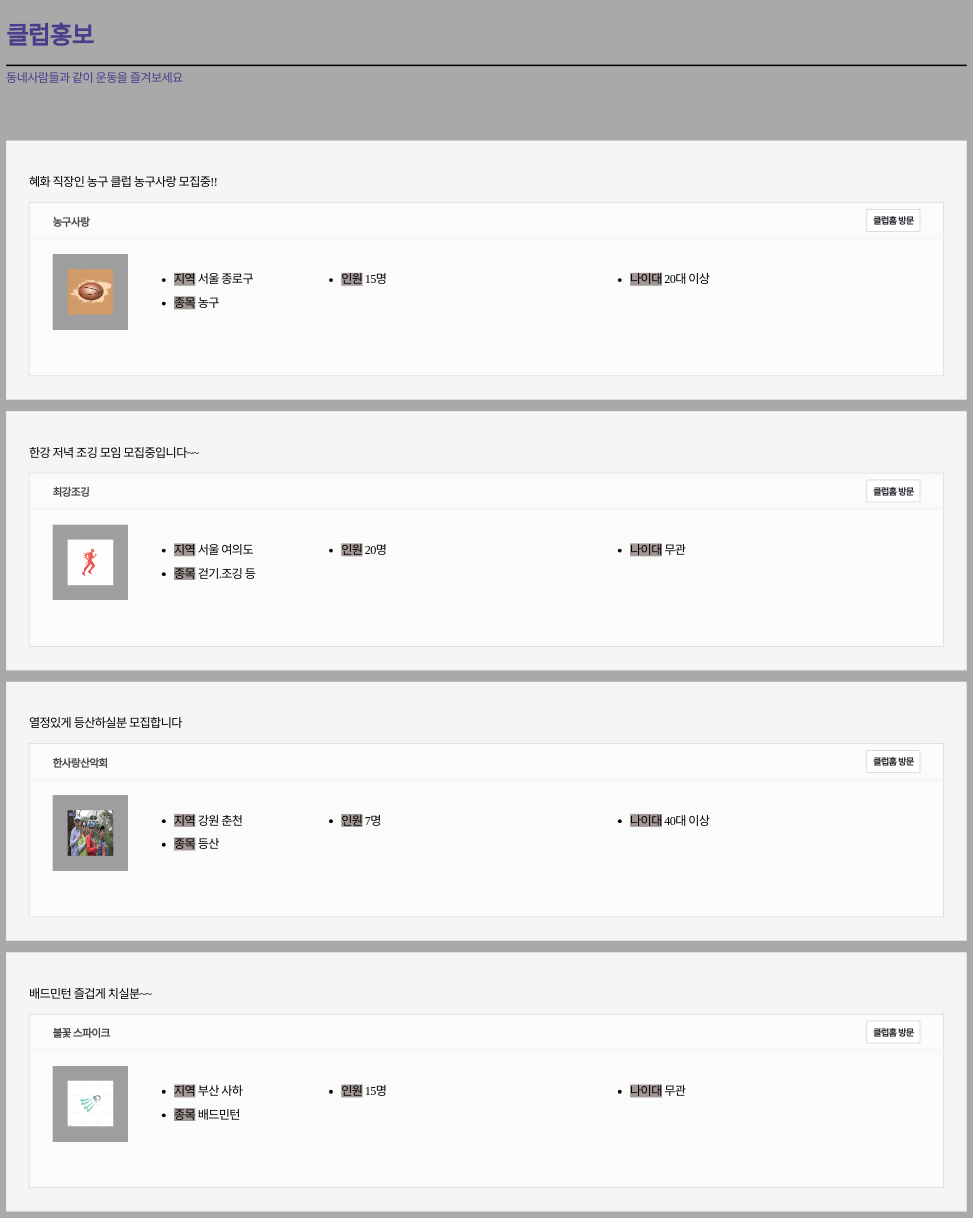
Repository: jaemin333/study
Page: club.html
These files come from the project's save history. The page is drawn as it stood at one moment and after the next save; the edit follows.
The browser window is 1280 px wide. The pictures show the whole page, at 76% of full size.
Pictures or frames that could not be fetched are drawn as grey boxes.

Above is the page before, as saved 2021-07-03 00:07:03.

After the next save:
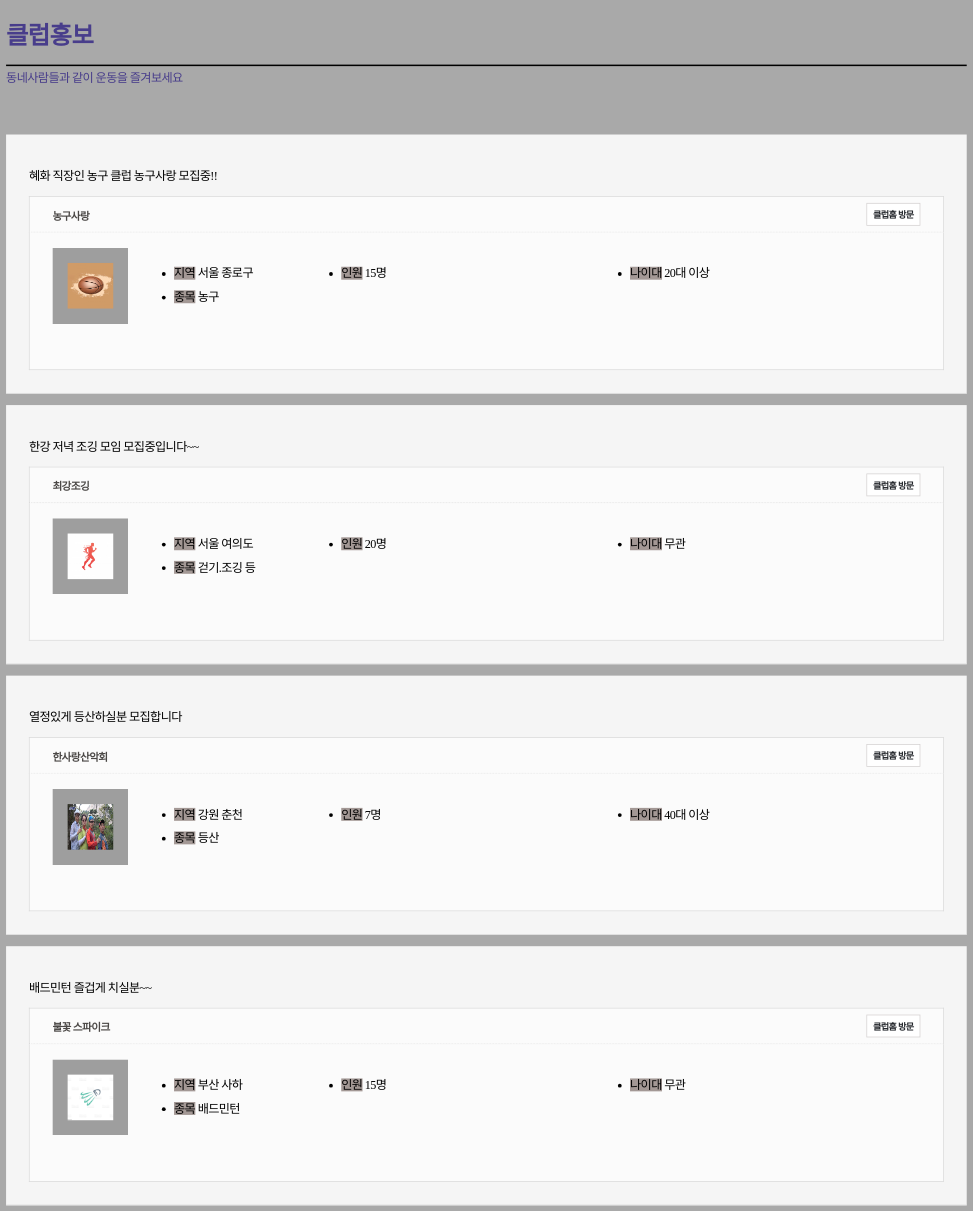
Saved 27 s later.
--- a/style.css
+++ b/style.css
@@ -138,7 +138,7 @@ p {
 
 .clanTop {
     position: relative;
-    height: 38px;
+    height: 30px;
     padding: 45px 0 0 0;
     font-size: 13px;
     color: #999999;
